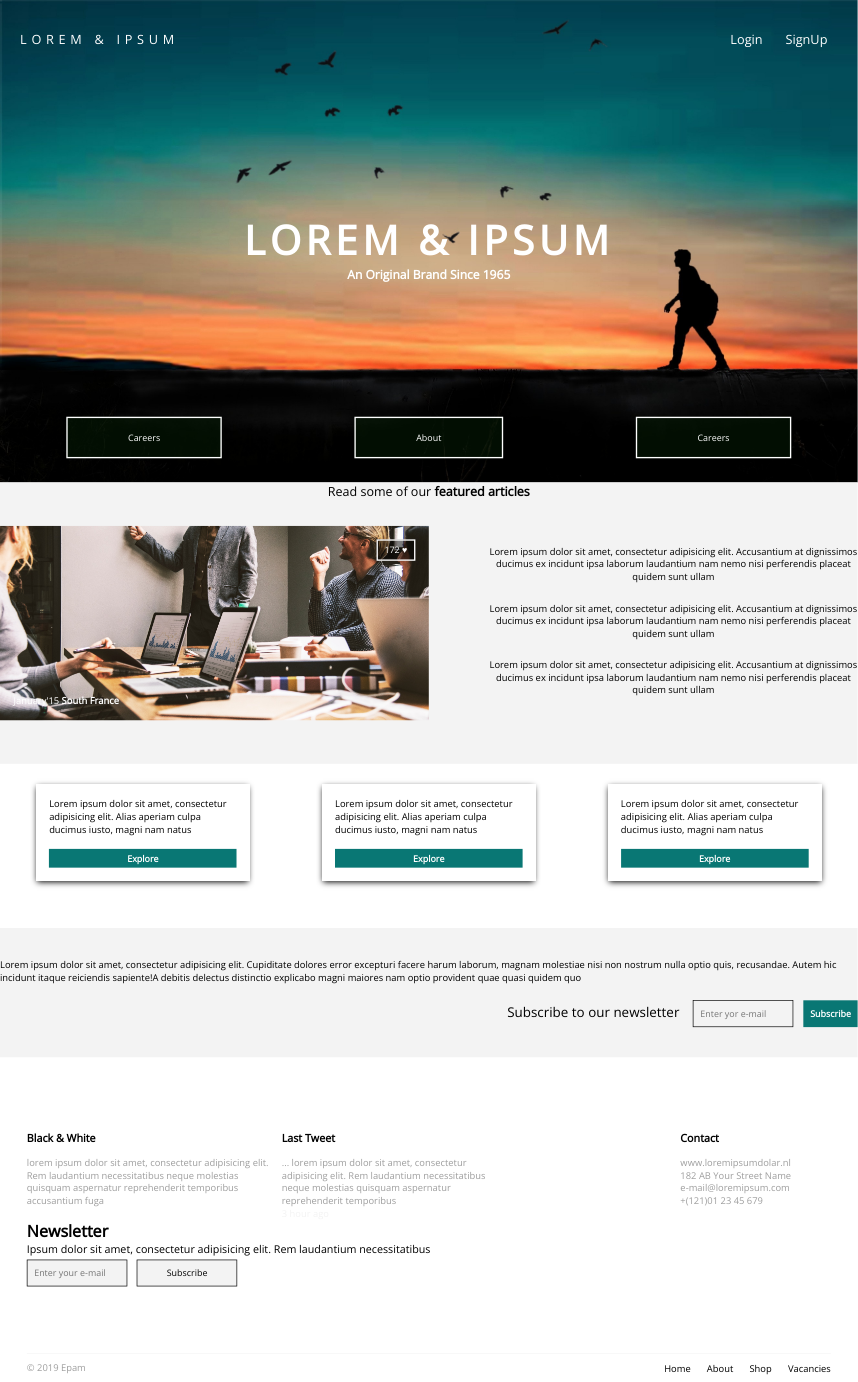
Repository: M1shkaBear/FLX
Page: FLX_homework_4/homework/index.html
These files come from the project's save history. The page is drawn as it stood at one moment and after the next save; the edit follows.
The browser window is 1280 px wide. The pictures show the whole page, at 67% of full size.

Above is the page before, as saved 2019-01-29 23:40:15.

After the next save:
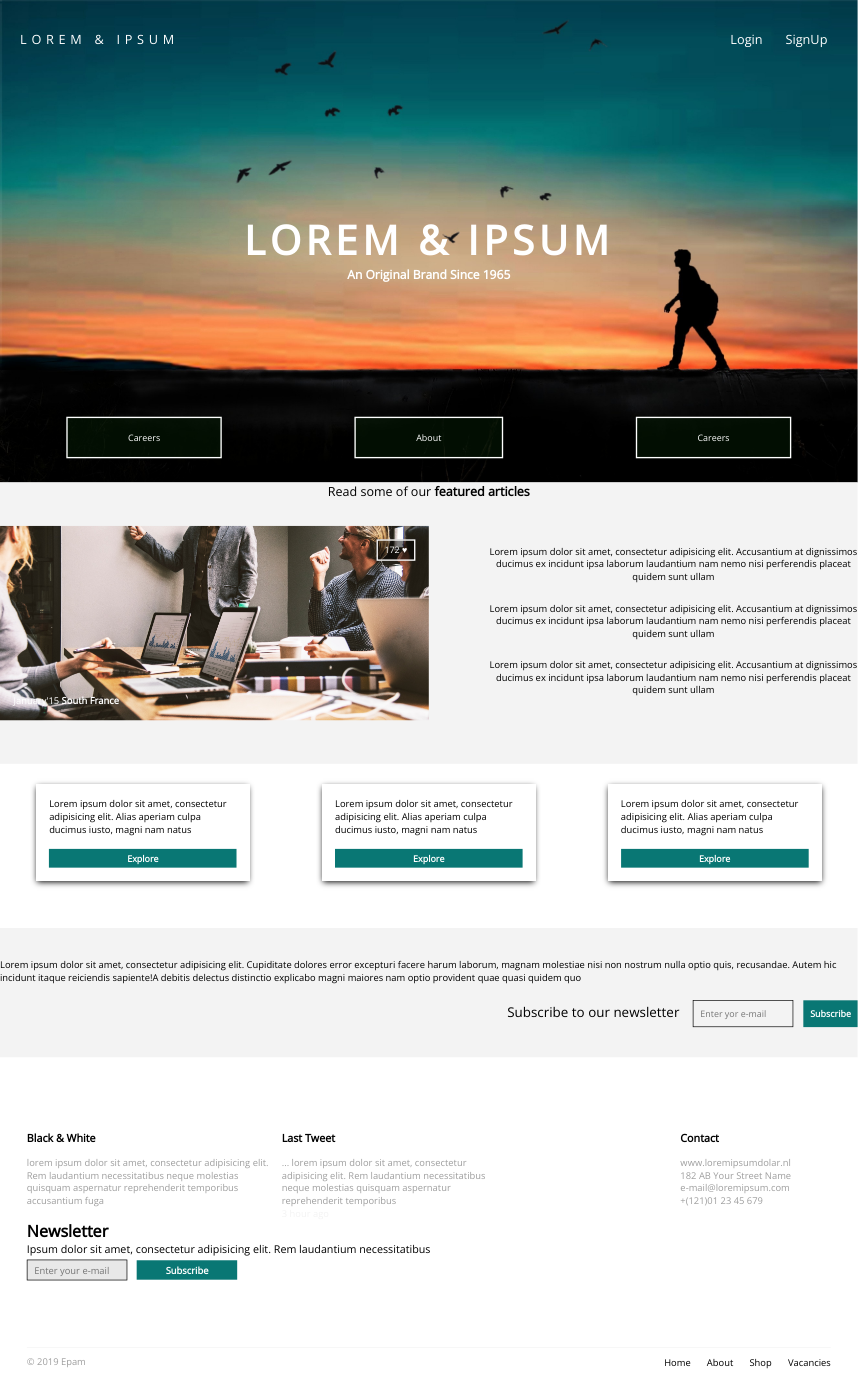
Saved 54 s later.
--- a/FLX_homework_4/homework/css/style.css
+++ b/FLX_homework_4/homework/css/style.css
@@ -212,6 +212,24 @@ footer .footer-navigation nav a {
   color: #000000;
   font-size: 14px;
 }
+.e-mailo {
+  background: #e8e8e8;
+  border: 1px solid #000000;
+  color: #000000;
+  font-size: 14px;
+  padding: 5px 10px;
+  margin-left: 10px;
+  margin-right: 10px;
+}
+
+.subsic {
+  background: #097774;
+  border: none;
+  color: #ffffff;
+  font-weight: bold;
+  font-size: 14px;
+  padding: 5px 10px;
+}
 
 footer form .e-mailo,
 footer form .subsic {
